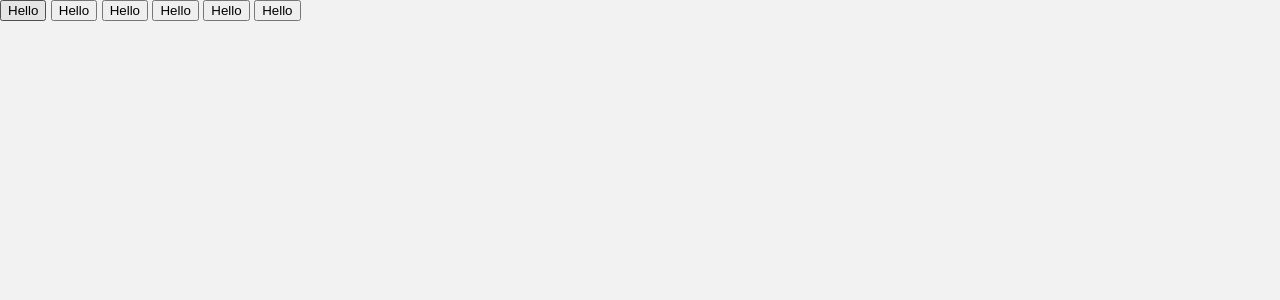
Repository: chaiyilin/css
Page: src/css-variable/01-creating-component-variations-using-css-variables/index.html
An editor plug-in stored every save of this project. The page is shown before and after the next save, followed by the edit.
The browser window is 1280 px wide. The pictures show the whole page.

Above is the page before, as saved 2018-03-17 23:54:28.

After the next save:
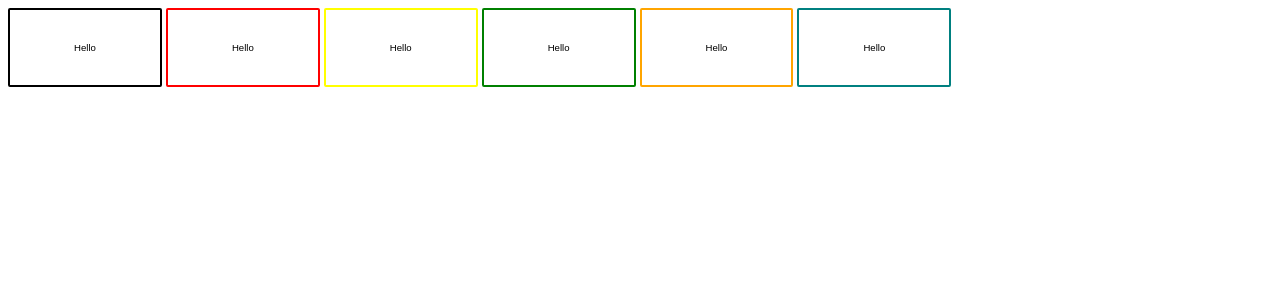
Saved 14 s later.
--- a/src/css-variable/01-creating-component-variations-using-css-variables/index.css
+++ b/src/css-variable/01-creating-component-variations-using-css-variables/index.css
@@ -1,32 +1,30 @@
-body {
-  margin: 0;
-  font-family: Arial;
-  background-color: #f2f2f2;
+.btn {
+  padding: 2rem 4rem;
+  border: 2px solid var(--color, black);
+  background: transparent;
+  font-size: 0.6em;
+  border-radius: 2px;
+}
+.btn:hover {
+  cursor: pointer;
+  background: var(--color, black);
+  color: white;
 }
 
-.box {
-  color: #fff;
-  padding: 1em;
-  text-align: center;
-  background-color: #efefef;
+/* variations */
+
+.btn.red {
+  --color: red;
 }
-
-.tweets {
-  background-color: #a2ded0;
+.btn.yellow {
+  --color: yellow;
 }
-.replies {
-  background-color: #f4d03f;
+.btn.green {
+  --color: green;
 }
-.search {
-  background-color: #6c7a89;
+.btn.orange {
+  --color: orange;
 }
-.messages {
-  background-color: #59abe3;
+.btn.teal {
+  --color: teal;
 }
-
-/* Our Grid Code */
-.app-layout {
-  display: grid;
-  grid-template-columns: 1fr 1fr 1fr 1fr;
-  grid-template-rows: 100vh;
-}
